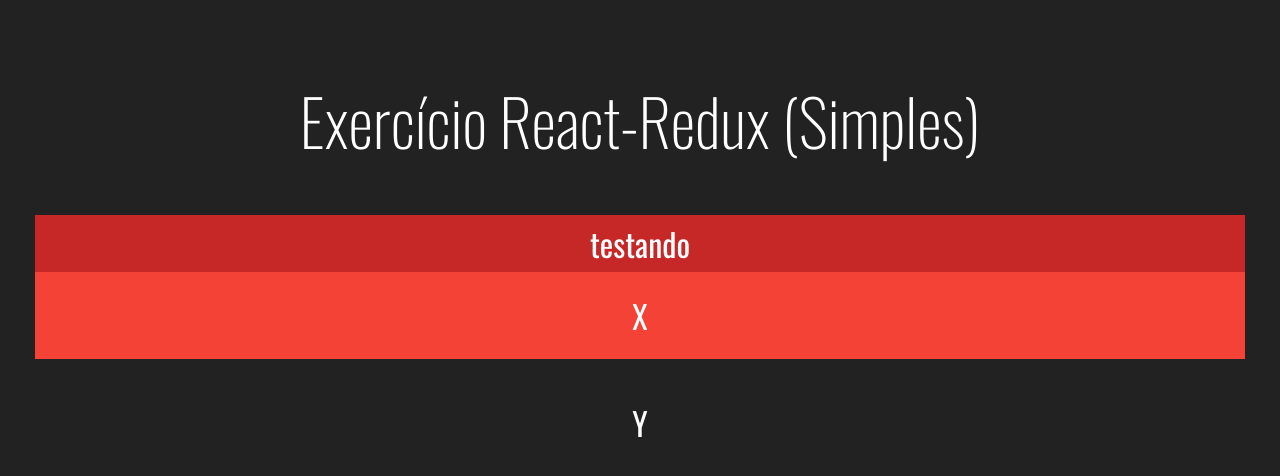
Repository: WellysonP/testando-react-redux
Page: /
These files come from the project's save history. The page is drawn as it stood at one moment and after the next save; the edit follows.
The browser window is 1280 px wide. The pictures show the whole page.
The project was rebuilt for these pictures with package versions that can differ from the ones it lists, and the page was loaded fresh each time.

Above is the page before, as saved 2023-01-12 17:44:07.

### public/index.html
<!DOCTYPE html>
<html lang="en">
  <head>
    <link rel="preconnect" href="https://fonts.googleapis.com">
<link rel="preconnect" href="https://fonts.gstatic.com" crossorigin>
<link href="https://fonts.googleapis.com/css2?family=Oswald:wght@200;300;400;500;600;700&display=swap" rel="stylesheet">
    <meta charset="utf-8" />
    <link rel="icon" href="%PUBLIC_URL%/favicon.ico" />
    <meta name="viewport" content="width=device-width, initial-scale=1" />
    <meta name="theme-color" content="#000000" />
    <meta
      name="description"
      content="Web site created using create-react-app"
    />
    <link rel="apple-touch-icon" href="%PUBLIC_URL%/logo192.png" />
    <!--
      manifest.json provides metadata used when your web app is installed on a
      user's mobile device or desktop. See https://developers.google.com/web/fundamentals/web-app-manifest/
    -->
    <link rel="manifest" href="%PUBLIC_URL%/manifest.json" />
    <!--
      Notice the use of %PUBLIC_URL% in the tags above.
      It will be replaced with the URL of the `public` folder during the build.
      Only files inside the `public` folder can be referenced from the HTML.

      Unlike "/favicon.ico" or "favicon.ico", "%PUBLIC_URL%/favicon.ico" will
      work correctly both with client-side routing and a non-root public URL.
      Learn how to configure a non-root public URL by running `npm run build`.
    -->
    <title>React App</title>
  </head>
  <body>
    <noscript>You need to enable JavaScript to run this app.</noscript>
    <div id="root"></div>
    <!--
      This HTML file is a template.
      If you open it directly in the browser, you will see an empty page.

      You can add webfonts, meta tags, or analytics to this file.
      The build step will place the bundled scripts into the <body> tag.

      To begin the development, run `npm start` or `yarn start`.
      To create a production bundle, use `npm run build` or `yarn build`.
    -->
  </body>
</html>

### src/index.css
body{
  background-color: #222;
  font-size: 2rem;
  font-family: Oswald;
  color: #fff;
  margin: 30px;
}

### src/App.js
import logo from './logo.svg';
import './App.css';
import Card from './components/Card';

function App() {
  return (
    <div className="App">
      <h1>Exercício React-Redux (Simples)</h1>
      <div className='linha'>
      <Card title="testando" red>
        X
        </Card>
      </div>
      <div className='linha'>
      <Card>
        Y
        </Card>
      </div>
    </div>
  );
}

export default App;

### src/App.css
.App{
  display: flex;
  flex-direction: column;
  text-align: center;
}

h1{
  font-weight: 200;
}

.linha{
  display: flex;
}

### src/components/Card.jsx
import "./Card.css"

function getColor(props){
    if(props.red) return "Red"
    if(props.green) return "Green"
    if(props.blue) return "Blue"
    if(props.purple) return "Purple"
    return""
}

export default props => {
    return (
        <div className={`Card ${getColor(props)}`}>
            <div className="Header">
                <span className="Title">{props.title}</span>
            </div>
            <div className="Content">
                {props.children}
            </div>
        </div>
    )
}

### src/components/Card.css
.Card{
    flex: 1;
    display: flex;
    flex-direction: column;
    margin: 5px;
}

.Card .Header{
    display: flex;
    flex-direction: row;
    justify-content: center;
}

.Card .Header .Title{
    flex: 1;
    padding: 5px;
}

.Card .Content{
    padding: 20px;
}

.Card.Red .Header{ color: #fff; background-color: #c62828;}
.Card.Red .Content{ color: #fff; background-color: #f44336;}

.Card.Green .Header{ color: #fff; background-color: #2e7d32;}
.Card.Green .Content{ color: #fff; background-color: #4caf50;}

.Card.Blue .Header{ color: #fff; background-color: #1565c0;}
.Card.Blue .Content{ color: #fff; background-color: #2196f3;}

.Card.Purple .Header{ color: #fff; background-color: #6A1B7e;}
.Card.Purple .Content{ color: #fff; background-color: #9c27b0;}

Loaded but not shown: src/index.js (common file); src/reportWebVitals.js (common file)

After the next save:
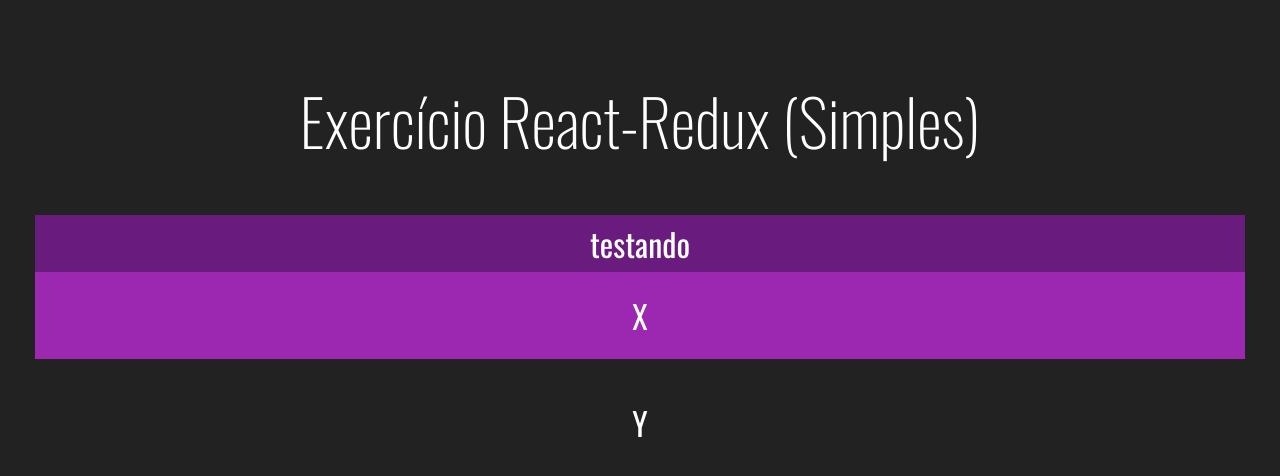
Saved 10 s later.
--- a/src/App.js
+++ b/src/App.js
@@ -7,7 +7,7 @@ function App() {
     <div className="App">
       <h1>Exercício React-Redux (Simples)</h1>
       <div className='linha'>
-      <Card title="testando" red>
+      <Card title="testando" purple>
         X
         </Card>
       </div>
